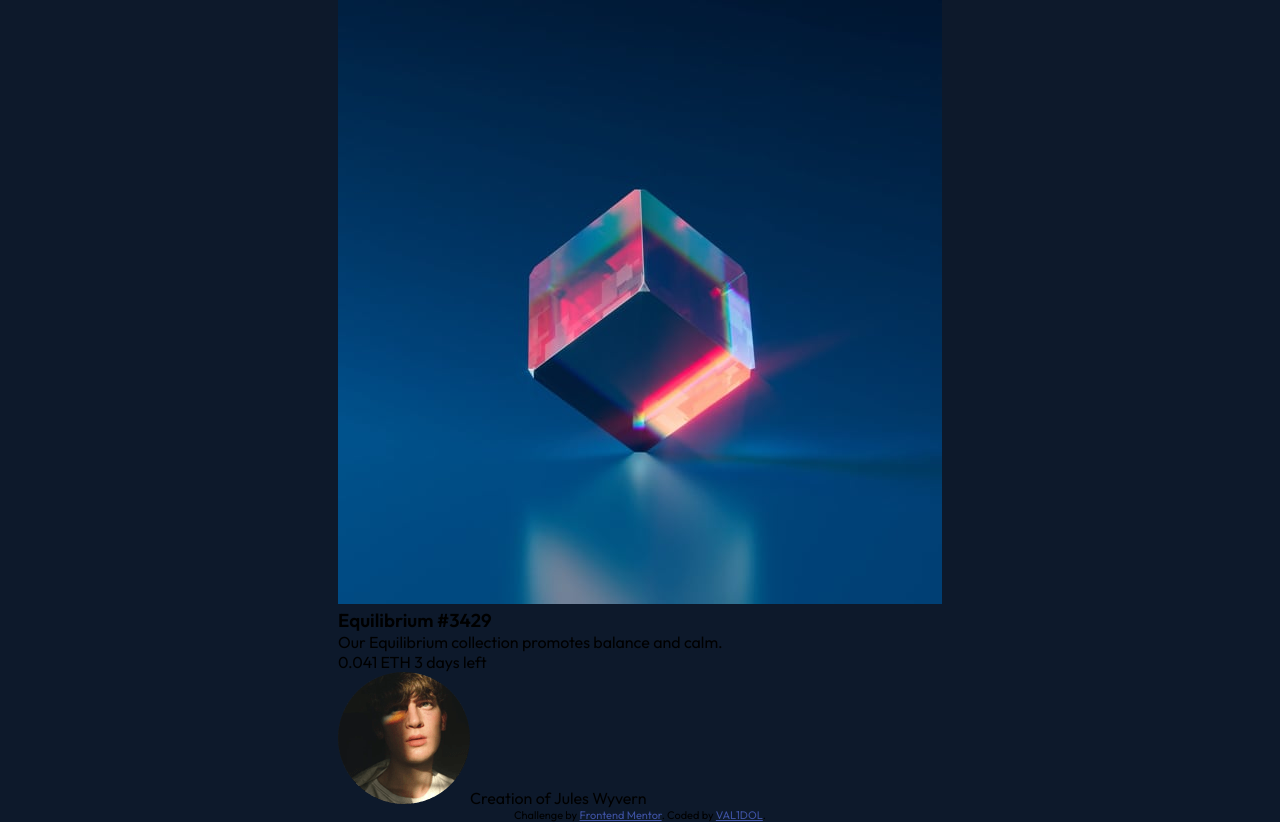
Repository: VAL1DOL-web/fm-NFT-preview-card-component
Page: index.html
These files come from the project's save history. The page is drawn as it stood at one moment and after the next save; the edit follows.
The browser window is 1280 px wide. The pictures show the whole page.

Above is the page before, as saved 2024-01-07 15:19:30.

After the next save:
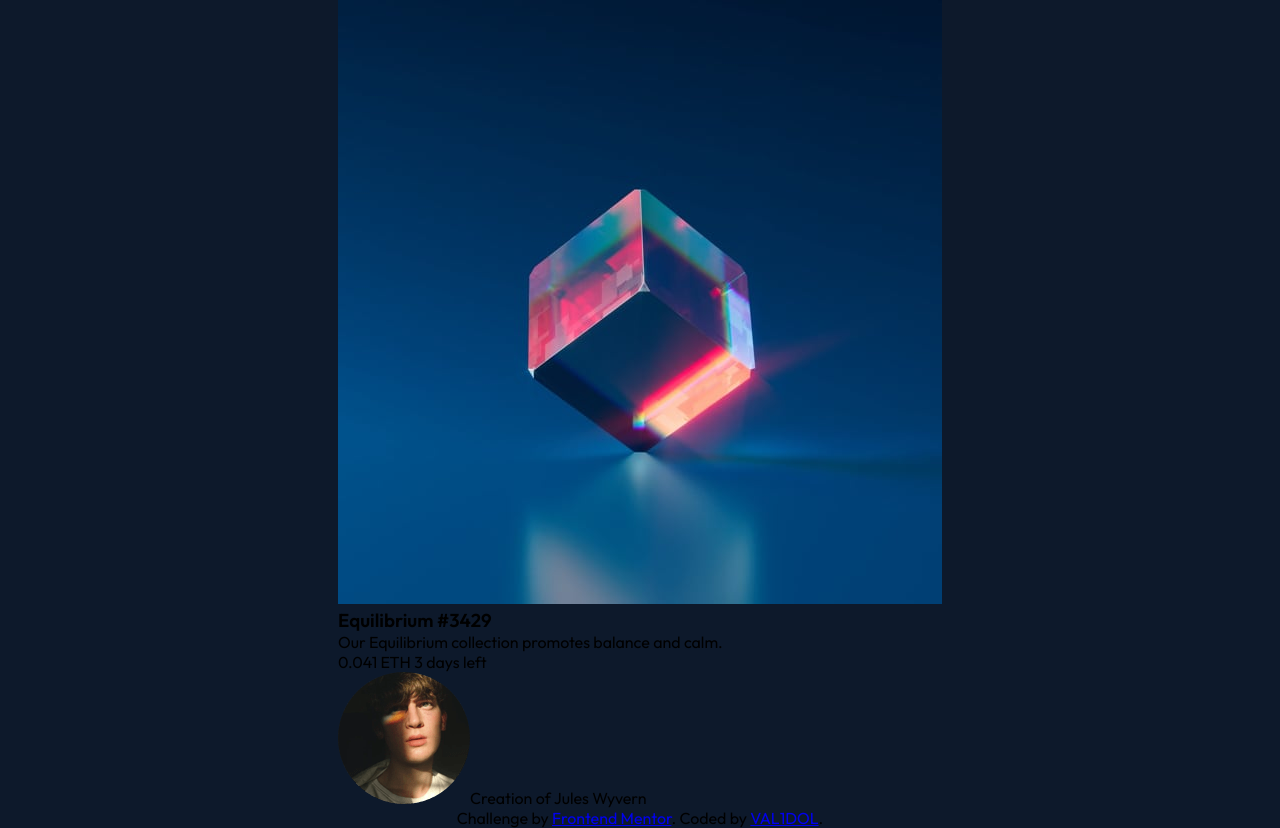
Saved 11 s later.
--- a/index.html
+++ b/index.html
@@ -9,11 +9,6 @@
 
   <title>NFT preview card component</title>
 
-  <!-- Feel free to remove these styles or customise in your own stylesheet 👍 -->
-  <style>
-    .attribution { font-size: 11px; text-align: center; }
-    .attribution a { color: hsl(228, 45%, 44%); }
-  </style>
 </head>
 <body>
   <div class="container">
